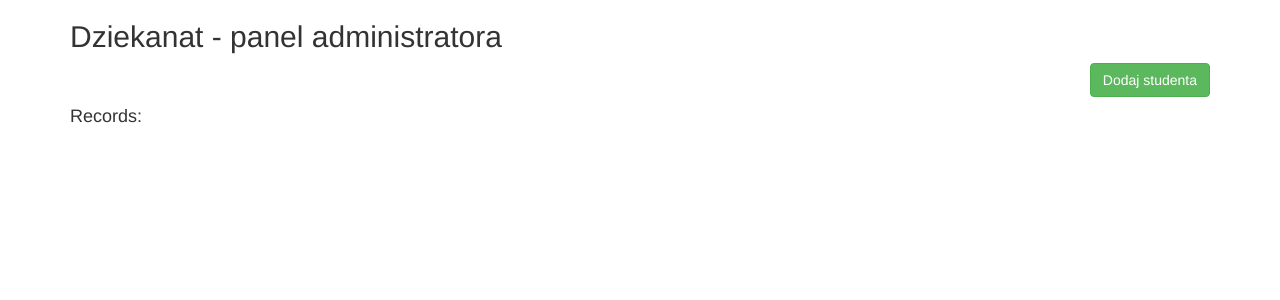
Repository: wojciechDrozd/php
Page: http://localhost/
The author's editor kept a copy of each file at every save. The page is drawn from the files as they stood at one save, then again after the next save.
The browser window is 1280 px wide. The pictures show the whole page.
Some web libraries are served in a nearby version. The page is run by PHP 8.4 with error messages shown; the project is at /var/www/html/. Queries for data that is not in the repository find no rows.

Above is the page before, as saved 2017-04-10 15:09:42.

### 1/CRUDexample/index.php
<!DOCTYPE html>
<html lang="pl">
<head>
<meta charset="UTF-8">
<title>Administrator</title>

<!-- Bootstrap CSS File -->
<link rel="stylesheet" type="text/css"
	href="https://maxcdn.bootstrapcdn.com/bootstrap/3.3.7/css/bootstrap.min.css" />
</head>
<body>

	<!-- Content Section -->

	<div class="container">
		<div class="row">
			<div class="col-md-12">
				<h2>Dziekanat - panel administratora</h2>
				<div class="pull-right">
					<button class="btn btn-success" data-toggle="modal"
						data-target="#add_new_record_modal">Dodaj studenta</button>
				</div>
			</div>
		</div>
		<div class="row">
			<div class="col-md-12">
				<h4>Records:</h4>
				<div class="records_content"></div>
			</div>
		</div>
	</div>

	<!-- Bootstrap Modal - To Add New Record -->
	<!-- Modal -->
	<div class="modal fade" id="add_new_record_modal" tabindex="-1"
		role="dialog" aria-labelledby="myModalLabel">
		<div class="modal-dialog" role="document">
			<div class="modal-content">
				<div class="modal-header">
					<button type="button" class="close" data-dismiss="modal"
						aria-label="Close">
						<span aria-hidden="true">&times;</span>
					</button>
					<h4 class="modal-title" id="myModalLabel">Dodaj studenta</h4>
				</div>
				<div class="modal-body">

					<div class="form-group">
						<label for="first_name">Imię</label> <input type="text"
							id="first_name" placeholder="First Name" class="form-control" />
					</div>

					<div class="form-group">
						<label for="last_name">Nazwisko</label> <input type="text"
							id="last_name" placeholder="Last Name" class="form-control" />
					</div>

					<div class="form-group">
						<label for="email">Email</label> <input type="text"
							id="email" placeholder="Email Address" class="form-control" />
					</div>

				</div>
				<div class="modal-footer">
					<button type="button" class="btn btn-default" data-dismiss="modal">Anuluj</button>
					<button type="button" class="btn btn-primary" onclick="addRecord()">Zapisz</button>
				</div>
			</div>
		</div>
	</div>
	<!-- /Content Section -->

	<!-- Jquery JS file -->
	<script type="text/javascript"
		src="https://ajax.googleapis.com/ajax/libs/jquery/3.2.1/jquery.min.js"></script>

	<!-- Bootstrap JS file -->
	<script type="text/javascript"
		src="https://maxcdn.bootstrapcdn.com/bootstrap/3.3.7/js/bootstrap.min.js"></script>

	<!-- Custom JS file -->
	<script type="text/javascript" src="js/script.js"></script>
</body>
</html>

### 1/CRUDexample/js/script.js
// Add Record
function addRecord() {
    // get values
    var first_name = $("#first_name").val();
    var last_name = $("#last_name").val();
    var email = $("#email").val();

    // Add record
    $.post("ajax/addRecord.php", {
        first_name: first_name,
        last_name: last_name,
        email: email
    }, function (data, status) {
        // close the popup
        $("#add_new_record_modal").modal("hide");

        // read records again
        readRecords();

        // clear fields from the popup
        $("#first_name").val("");
        $("#last_name").val("");
        $("#email").val("");
    });
}

// READ records
function readRecords() {
    $.get("ajax/readRecords.php", {}, function (data, status) {
        $(".records_content").html(data);
    });
}

### 1/CRUDexample/ajax/readRecords.php
<?php
// include Database connection file
include("db_connection.php");

// Design initial table header
$data = '<table class="table table-bordered table-striped">
                        <tr>
                            <th>No.</th>
                            <th>First Name</th>
                            <th>Last Name</th>
                            <th>Email Address</th>
                            <th>Update</th>
                            <th>Delete</th>
                        </tr>';

$query = "SELECT * FROM users";

if (!$result = mysqli_query($con, $query)) {
	exit(mysqli_error($con));
}

// if query results contains rows then featch those rows
if(mysqli_num_rows($result) > 0)
{
	$number = 1;
	while($row = mysqli_fetch_assoc($result))
	{
		$data .= '<tr>
                <td>'.$number.'</td>
                <td>'.$row['first_name'].'</td>
                <td>'.$row['last_name'].'</td>
                <td>'.$row['email'].'</td>
                <td>
                    <button onclick="GetUserDetails('.$row['id'].')" class="btn btn-warning">Update</button>
                </td>
                <td>
                    <button onclick="DeleteUser('.$row['id'].')" class="btn btn-danger">Delete</button>
                </td>
            </tr>';
		$number++;
	}
}
else
{
	// records now found
	$data .= '<tr><td colspan="6">Records not found!</td></tr>';
}

$data .= '</table>';

echo $data;
?>

### 1/CRUDexample/ajax/db_connection.php
<?php

// Connection variables
$host = "localhost"; // MySQL host name eg. localhost
$user = "root"; // MySQL user. eg. root ( if your on localserver)
$password = ""; // MySQL user password  (if password is not set for your root user then keep it empty )
$database = "test"; // MySQL Database name

// Connect to MySQL Database
$con = new mysqli($host, $user, $password, $database);

// Check connection
if ($con->connect_error) {
	die("Connection failed: " . $con->connect_error);
}

?>

After the next save:
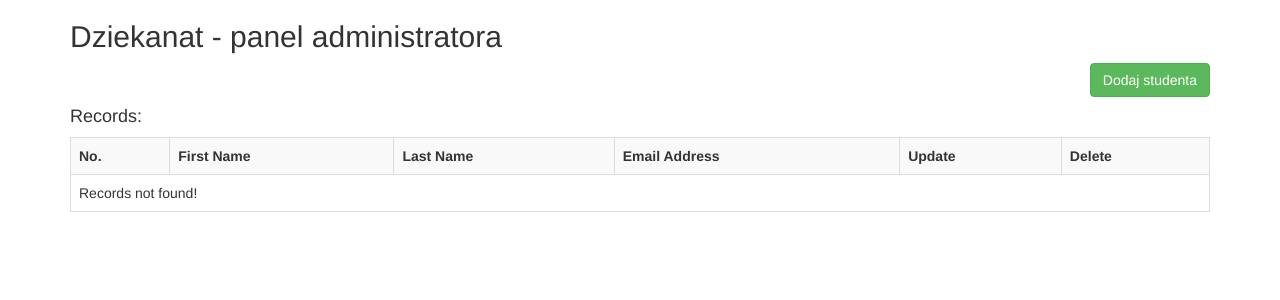
Saved 2 min 52 s later.
--- a/1/CRUDexample/js/script.js
+++ b/1/CRUDexample/js/script.js
@@ -30,3 +30,25 @@ function readRecords() {
         $(".records_content").html(data);
     });
 }
+
+// DELETE
+
+function DeleteUser(id) {
+    var conf = confirm("Are you sure, do you really want to delete User?");
+    if (conf == true) {
+        $.post("ajax/deleteUser.php", {
+                id: id
+            },
+            function (data, status) {
+                // reload Users by using readRecords();
+                readRecords();
+            }
+        );
+    }
+}
+
+
+$(document).ready(function () {
+    // READ recods on page load
+    readRecords(); // calling function
+});
